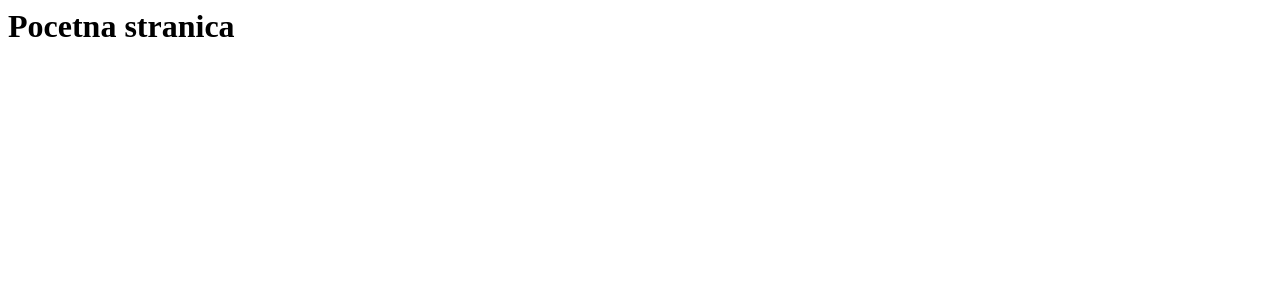
Repository: EducationConsultant/SMPUOS_2017_Tim_3
Page: Implementacija/bioskop/src/main/resources/static/html/pocetna.html
An editor plug-in stored every save of this project. The page is shown before and after the next save, followed by the edit.
The browser window is 1280 px wide. The pictures show the whole page.

Above is the page before, as saved 2017-12-30 12:06:46.

After the next save:
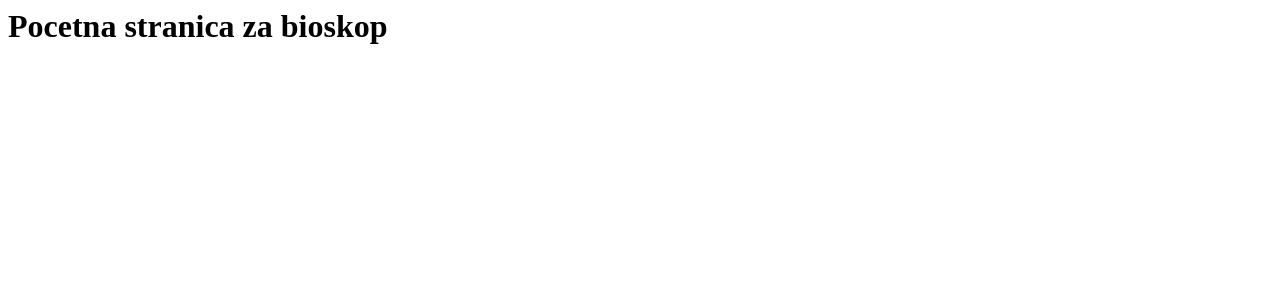
Saved 66 s later.
--- a/Implementacija/bioskop/src/main/resources/static/html/pocetna.html
+++ b/Implementacija/bioskop/src/main/resources/static/html/pocetna.html
@@ -1,4 +1,4 @@
 <div>
     <div layout="column" layout-align="center center">
-        <h1>Pocetna stranica</h1>
+        <h1>Pocetna stranica za bioskop</h1>
 </div>
